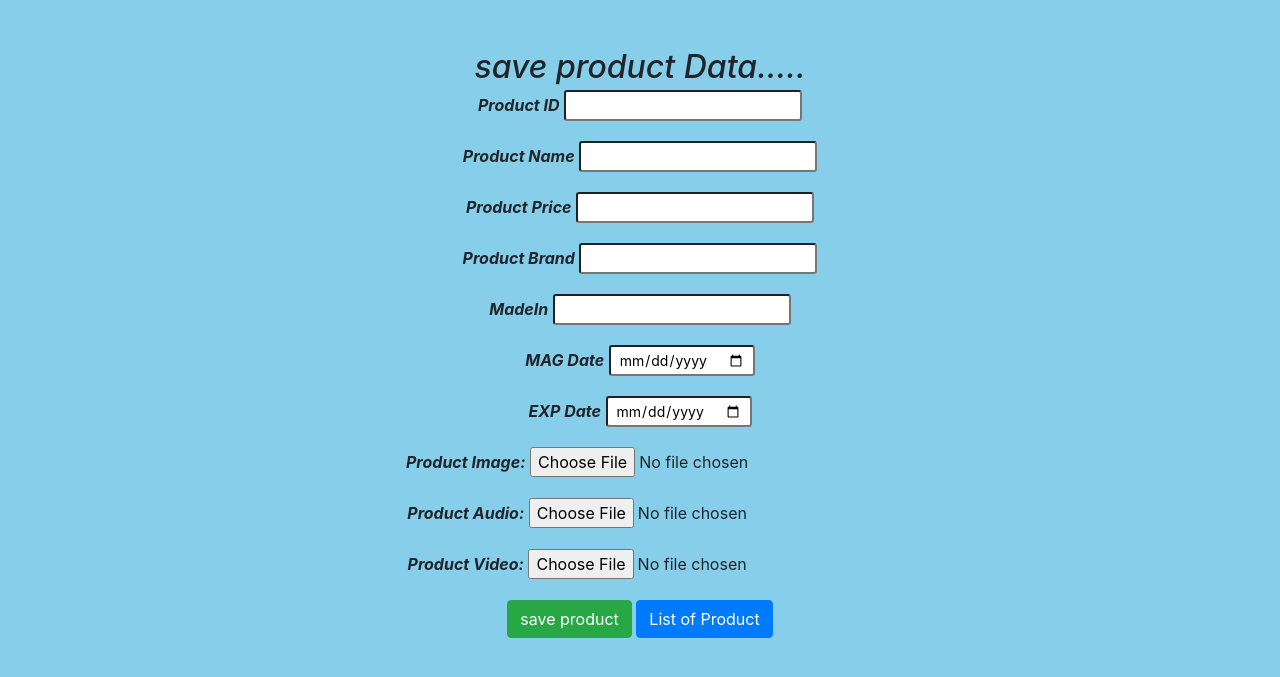
Repository: jrajesh111/Adv-java
Page: ProductAppproject/src/main/webapp/add-product.html
An editor plug-in stored every save of this project. The page is shown before and after the next save, followed by the edit.
The browser window is 1280 px wide. The pictures show the whole page.

Above is the page before, as saved 2024-03-10 13:37:37.

### ProductAppproject/src/main/webapp/add-product.html

<html>
<head>
	<title>Add Product</title>
	<!-- BootStrap CDN link TO GET THE SUPPURT Bootstrap-->
	<link rel="stylesheet"
		href="https://cdn.jsdelivr.net/npm/bootstrap@4.6.0/dist/css/bootstrap.min.css" rel="stylesheet">

	<!-- This is java script validation code location -->
	<script type="text/javascript"   src="formvalidation.js" >   </script>
</head>
<body style="background-color: skyblue;">

	<div class="container mt-5 text-center">
		<h2 class="text-center font-italic mb-1">save product Data.....</h2>

		<form method="post" action="./AddProductServlet" enctype="multipart/form-data" onsubmit="return validateForm()">

		<div class="form-group">
		<label class="font-italic font-weight-bold" for="proId">Product ID </label>
		<input type="text" class="form-control-sm" id="proId" name="proId" required>
		</div>

		<div class="form-group">
		<label class="font-italic font-weight-bold" for="proName">Product Name </label>
		<input type="text" class="form-control-sm" id="proName" name="proName" required>
		</div>


		<div class="form-group">
		<label class="font-italic font-weight-bold" for="proPrice">Product Price </label>
		<input type="text" class="form-control-sm" id="proPrice" name="proPrice" required>
		</div>

		<div class="form-group">
		<label class="font-italic font-weight-bold" for="proBrand">Product Brand </label>
		<input type="text" class="form-control-sm" id="proBrand" name="proBrand" required>
		</div>


		<div class="form-group">
		<label class="font-italic font-weight-bold" for="proMadeIn">MadeIn </label>
		<input type="text" class="form-control-sm" id="proMadeIn" name="proMadeIn" required>
		</div>


		<div class="form-group">
		<label class="font-italic font-weight-bold" for="Manufacturing Date">MAG Date </label>
		<input type="date" class="form-control-sm" id="Manufacturing Date" name="MfgDate" required>
		</div>


		<div class="form-group">
		<label class="font-italic font-weight-bold" for="Expiry Date">EXP Date </label>
		<input type="date" class="form-control-sm" id="Expiry Date" name="ExpiryDate" required>
		</div>




		<div class="form-group">
		<label class="font-italic font-weight-bold" for="proImage" > Product Image:</label>
		<input type="file" class="form-control-file-sm" id="proImage" name="proImage" accept="image/*" required >
		</div>


		<div class="form-group">
		<label class="font-italic font-weight-bold" for="proAudio" > Product Audio:</label>
		<input type="file" class="form-control-file-sm" id="proAudio" name="proAudio" accept="audio/*" required >
		</div>

		<div class="form-group">
		<label class="font-italic font-weight-bold" for="proVideo" > Product Video:</label>
		<input type="file" class="form-control-file-sm" id="proVideo" name="proVideo" accept="video/*" required >
		</div>

		<div >
		<input type="submit" class="btn btn-success" value="save product">
		<a href="productList.jsp" class="btn btn-primary"> List of Product</a>
		</div>
		</form>
	</div>
</body>
</html>

### ProductAppproject/src/main/webapp/formvalidation.js
function validateForm()
{
	//Read the form data
	var proId=document.getElementById("proId").value;
	var proName=document.getElementById("proName").value;
	var proPrice=document.getElementById("proPrice").value;
	var proBrand=document.getElementById("proBrand").value;
	var proMadeIn=document.getElementById("proMadeIn").value;

	if(proId.trim()=== "" || proName.trim()=== ""||proPrice.trim()=== ""||proBrand.trim()=== ""||proMadeIn.trim()=== "")
	{
		alert("All fields must be filled out");
	    return false;
	}
	if(parseFloat(proPrice)<0)
	{
		alert("proPrice must be a non-negative value");
		return false;
	}
	if(proName.length>50 || proBrand.length>50)
	{
		alert("Product name and proBrand must be less than 50 charecters");
		return false;
	}
	//get the mfg & exp dates
	var proMfgDate=document.getElementById("proMfgDate").value;
	var proExpDate =document.getElementById("proExpDate").value;

	//convert into date format
	var manufacturingDateObj=new Date(proMfgDate);
	var expiryDateObj=new Date(proExpDate);

	//check the validation of dates
	if(manufacturingDateObj>expiryDateObj)
	{
		alert("Manufacturing date cannot be greater than expiry date.");
		return false;
	}
	return true;
}

After the next save:
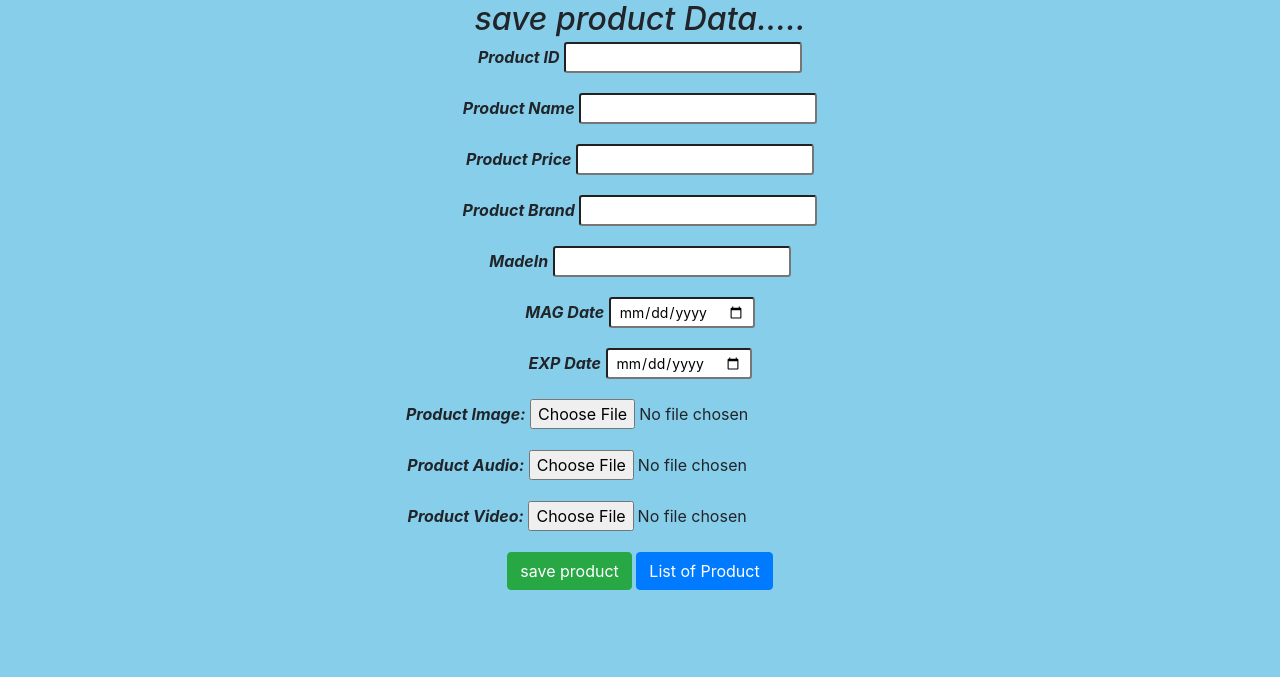
Saved 48 s later.
--- a/ProductAppproject/src/main/webapp/add-product.html
+++ b/ProductAppproject/src/main/webapp/add-product.html
@@ -7,11 +7,13 @@
 		href="https://cdn.jsdelivr.net/npm/bootstrap@4.6.0/dist/css/bootstrap.min.css" rel="stylesheet">
 
 	<!-- This is java script validation code location -->
-	<script type="text/javascript"   src="formvalidation.js" >   </script>
+	<script type="text/javascript"   src="formvalidation.js" >
+
+	</script>
 </head>
 <body style="background-color: skyblue;">
 
-	<div class="container mt-5 text-center">
+	<div class="container mt-10 text-center">
 		<h2 class="text-center font-italic mb-1">save product Data.....</h2>
 
 		<form method="post" action="./AddProductServlet" enctype="multipart/form-data" onsubmit="return validateForm()">
